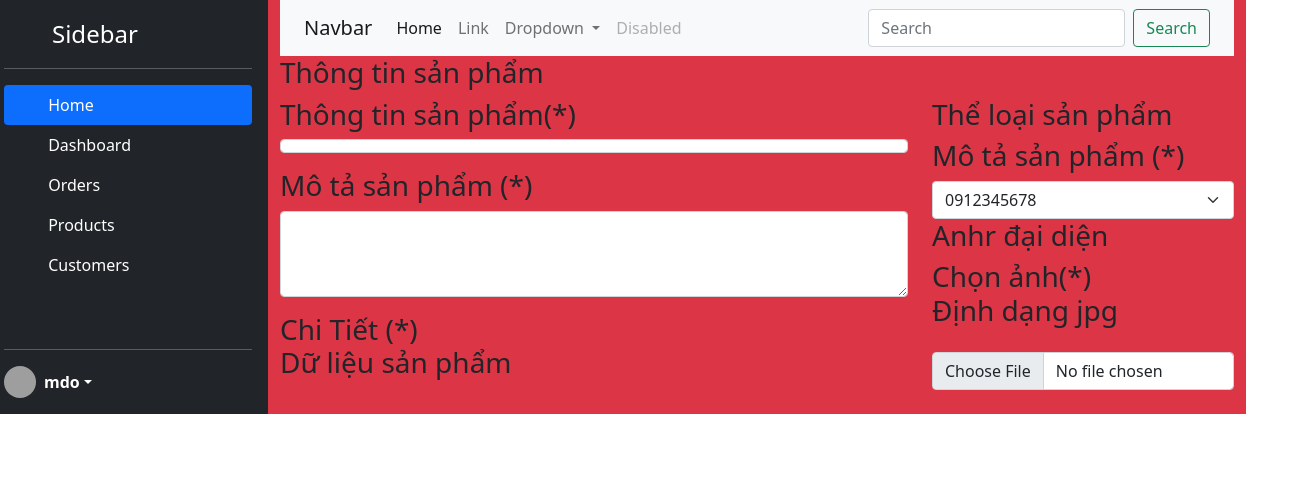
Repository: Lehuyhuynh/BT12-BOOTSTRAP
Page: index.html
The author's editor kept a copy of each file at every save. The page is drawn from the files as they stood at one save, then again after a run of saves.
The browser window is 1280 px wide. The page is 1292 px wide, so the pictures cover 1292 px, including what lies to the right of the window. The pictures show the whole page.
Pictures or frames that could not be fetched are drawn as grey boxes.

Above is the page before, as saved 2023-08-19 22:43:41.

After the next 9 saves:
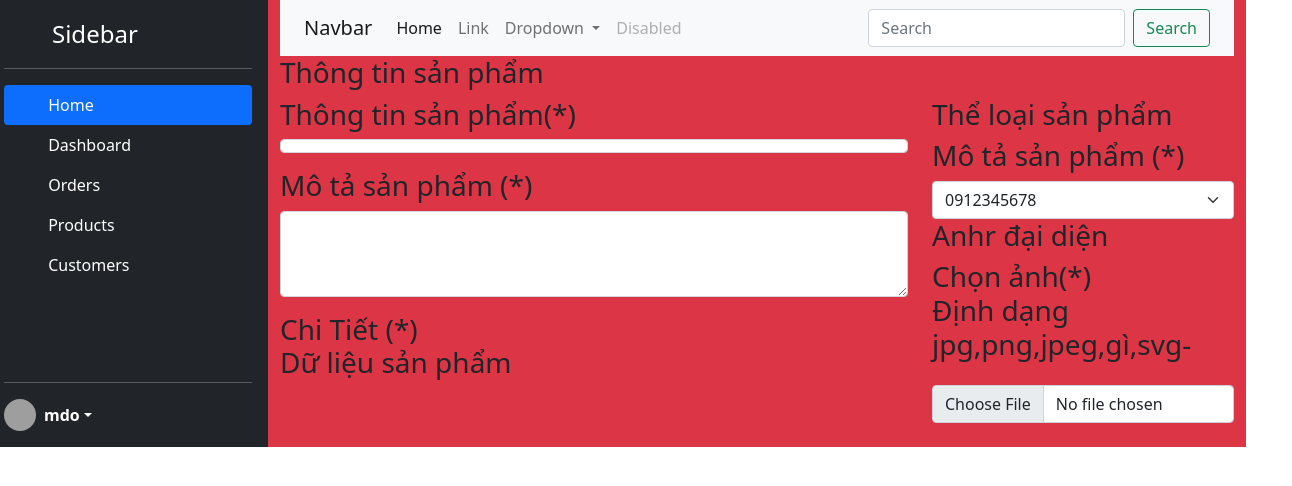
The 9 saves are shown as one change because they came seconds apart.
The last was saved 21 s later.
--- a/index.html
+++ b/index.html
@@ -154,7 +154,7 @@
                 <h3>Anhr đại diện</h3>
                 <div class="mb-3">
                   <label for="formFile" class="form-label">Chọn ảnh(*)
-                    <p>Định dạng jpg</p>
+                    <p>Định dạng jpg,png,jpeg,gì,svg-</p>
                   </label>
                   <input class="form-control" type="file" id="formFile">
                 </div>
